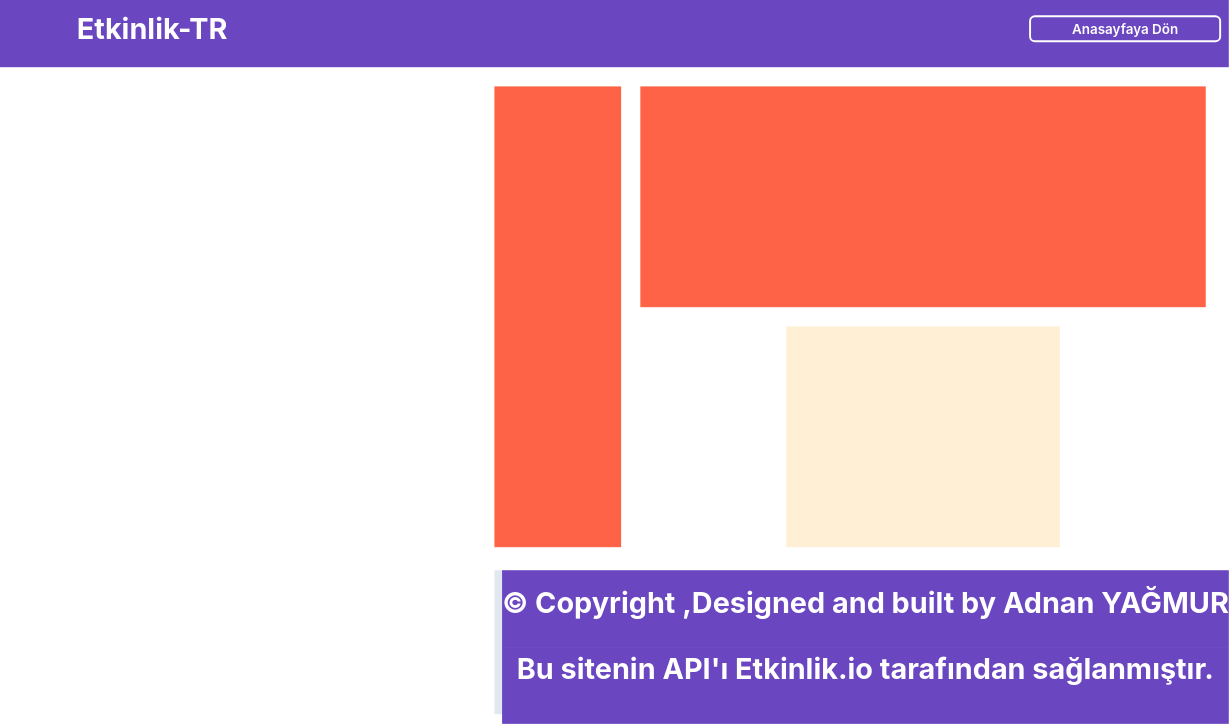
Repository: adnanyagmur/EtsTur-FrontEnd-Hiring-Challange
Page: /detailPage
An editor plug-in stored every save of this project. The page is shown before and after the next save, followed by the edit.
The browser window is 1280 px wide. The pictures show the whole page, at 96% of full size.
The project was rebuilt for these pictures with package versions that can differ from the ones it lists, and the page was loaded fresh each time. Also part of the build but not shown: src/index.css, src/components/eventList/EventList.jsx, src/components/hompage/HomePage.jsx, src/pastApi/json.js, src/components/pastEventList/PastList.jsx.

Above is the page before, as saved 2022-06-21 22:12:48.

After the next save:
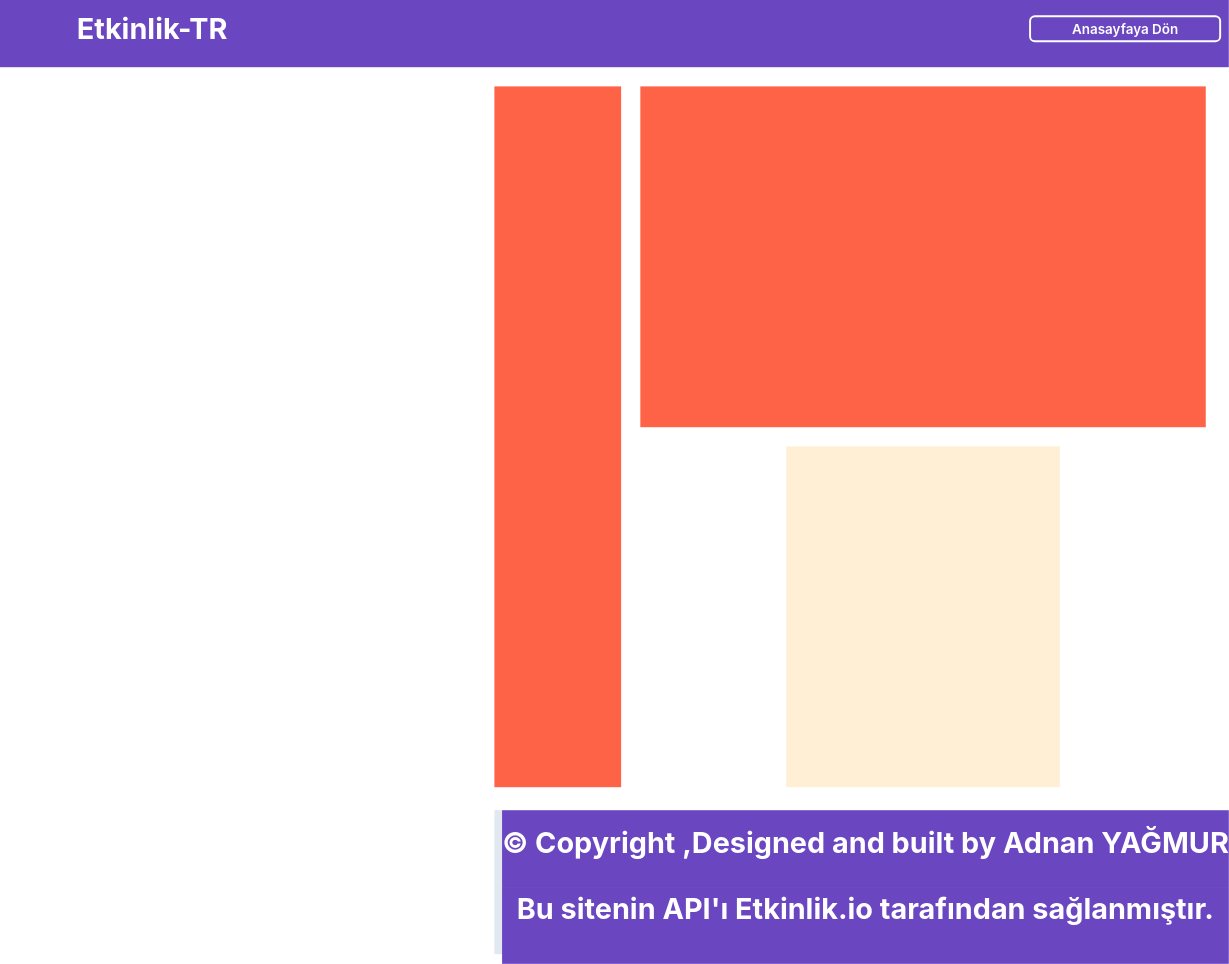
Saved 14 s later.
--- a/src/components/detailPage/DetailPage.jsx
+++ b/src/components/detailPage/DetailPage.jsx
@@ -65,7 +65,7 @@ const DetailPage= ()=> {
 
 
 <Grid
-  h='500px'
+  h='750px'
   templateRows='repeat(2, 1fr)'
   templateColumns='repeat(5, 1fr)'
   gap={5}
